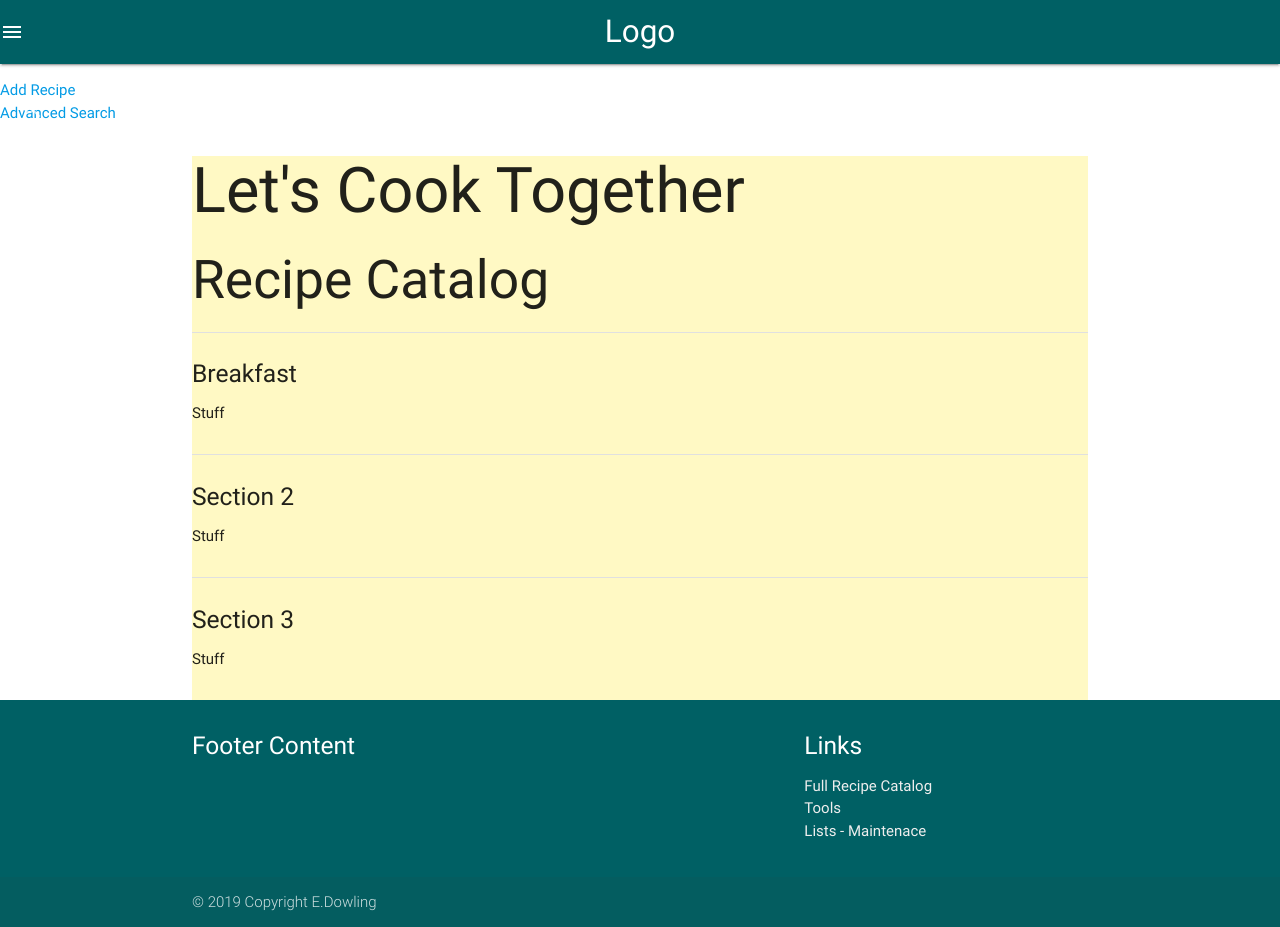
Repository: eldowling/lets-cook-together
Page: http://localhost/get_catalog?course=breakfast
The author's editor kept a record of every edit. The page is drawn from the files as they stood at one moment, then again after the next edit.
The browser window is 1280 px wide. The pictures show the whole page.
Some web libraries are served in a nearby version. The page is served by the project's application, run on Flask 3 (app.py). Queries for data that is not in the repository find no rows.

Above is the page before.
Console error: TypeError: $(...).sidenav is not a function

### templates/catalog.html
{% extends 'base.html'%} {% block content %}
<h1>Let's Cook Together</h1>
<h2>Recipe Catalog</h2>

<div class="divider"></div>
  <div class="section">
    <h5>Breakfast</h5>
    <p>Stuff</p>
  </div>
  <div class="divider"></div>
  <div class="section">
    <h5>Section 2</h5>
    <p>Stuff</p>
  </div>
  <div class="divider"></div>
  <div class="section">
    <h5>Section 3</h5>
    <p>Stuff</p>
  </div>
{% for recipe in recipes %}
    <div class="row">
        <div class="col s6">
            <h4>{{recipe.title}}</h4>
                {{recipe.description}}
        </div>
        <div class="col s3">
            <strong>Course: </strong> {{recipe.course}}
        </div>
        <div class="col s3">
            <strong>Rating: </strong> {{recipe.rating}}
        </div>
    </div>
{% endfor %}

{% endblock %}

### templates/base.html
<!DOCTYPE html>
<html>

<head>
    <link href="https://fonts.googleapis.com/icon?family=Material+Icons" rel="stylesheet">
    <link rel="stylesheet" href="https://cdnjs.cloudflare.com/ajax/libs/materialize/0.100.2/css/materialize.min.css">
    <link rel="stylesheet" href="{{ url_for('static', filename='css/style.css') }}" type="text/css" />
</head>

<body>
    <header>
        <!-- Dropdown Structure -->
        <ul id="dropdown1" class="dropdown-content">
            <li><a href="#!">one</a></li>
            <li><a href="#!">two</a></li>
            <li class="divider"></li>
            <li><a href="#!">three</a></li>
        </ul>

        <nav>
            <div class="nav-wrapper cyan darken-4">

                <form>
                    <a href="#" class="brand-logo center">Logo</a>
                    <a href="#" data-target="mobile-demo" class="sidenav-trigger"><i class="material-icons">menu</i></a>
                    <div class="input-field inline ">
                        <input id="search" type="search" required>
                        <label class="label-icon" for="search"><i class="material-icons">search</i></label>
                        <i class="material-icons">close</i>
                    </div>
                    <ul id="nav-mobile" class="right hide-on-med-and-down">
                        <li><a href="addedit-recipe.html">Add Recipe</a></li>
                        <li><a class="dropdown-trigger" href="#!" data-target="dropdown1">Advanced Search<i class="material-icons right">arrow_drop_down</i></a></li>
                    </ul>

                </form>

            </div>
        </nav>

        <ul class="sidenav" id="mobile-demo">
            <li><a href="addedit-recipe.html">Add Recipe</a></li>
            <li><a href="badges.html">Advanced Search</a></li>
        </ul>


    </header>

    <div class="container yellow lighten-4">
        {% block content %} {% endblock %}
    </div>

    <footer class="page-footer cyan darken-4">
        <div class="container">
            <div class="row">
                <div class="col l6 s12">
                    <h5 class="white-text">Footer Content</h5>
                    <ul class="grey-text text-lighten-4">
                        <a href="facebook.html"><i></i></a>
                        <a href="facebook.html"><i></i></a>
                        <a href="facebook.html"><i></i></a>
                    </ul>
                </div>
                <div class="col l4 offset-l2 s12">
                    <h5 class="white-text">Links</h5>
                    <ul>
                        <li><a class="grey-text text-lighten-3" href="{{url_for('get_catalog')}}">Full Recipe Catalog</a></li>
                        <li><a class="grey-text text-lighten-3" href="tools.html">Tools</a></li>
                        <li><a class="grey-text text-lighten-3" href="maintenance.html">Lists - Maintenace</a></li>
                    </ul>
                </div>
            </div>
        </div>
        <div class="footer-copyright">
            <div class="container">
                © 2019 Copyright E.Dowling
            </div>
        </div>
    </footer>

    <script src="https://cdnjs.cloudflare.com/ajax/libs/jquery/3.2.1/jquery.min.js"></script>
    <script src="https://cdnjs.cloudflare.com/ajax/libs/materialize/0.100.2/js/materialize.min.js"></script>
    <script type="text/javascript">
        $(document).ready(function() {
            $('.collapsible').collapsible();
            $('select').material_select();
            $(".button-collapse").sideNav();
            $(".dropdown-trigger").dropdown();
            $('.sidenav').sidenav();
        });

    </script>
</body>
</html>

### app.py
import os
from flask import Flask, render_template, redirect, request, url_for
from flask_pymongo import PyMongo
from bson.objectid import ObjectId

app = Flask(__name__)
app.config["MONGO_DBNAME"] = 'recipie_catalog'
app.config["MONGO_URI"] = 'mongodb+srv://root:r00tUser@myfirstcluster-pwjgy.mongodb.net/recipie_catalog?retryWrites=true&w=majority'
#app.config["MONGO_URI"] = os.getenv('MONGO_URI', 'mongodb://localhost')

mongo = PyMongo(app)


@app.route('/')
@app.route('/get_catalog')
def get_catalog():
    return render_template("catalog.html", recipes=mongo.db.recipes.find())


if __name__ == '__main__':
    app.run(host=os.environ.get('IP'),
            port=int(os.environ.get('PORT')),
            debug=True)

### static/css/style.css
.main-img {
  display: inline-block;
  vertical-align: middle;
  max-height: 100%;
  max-width: 100%;
}

After the next edit:
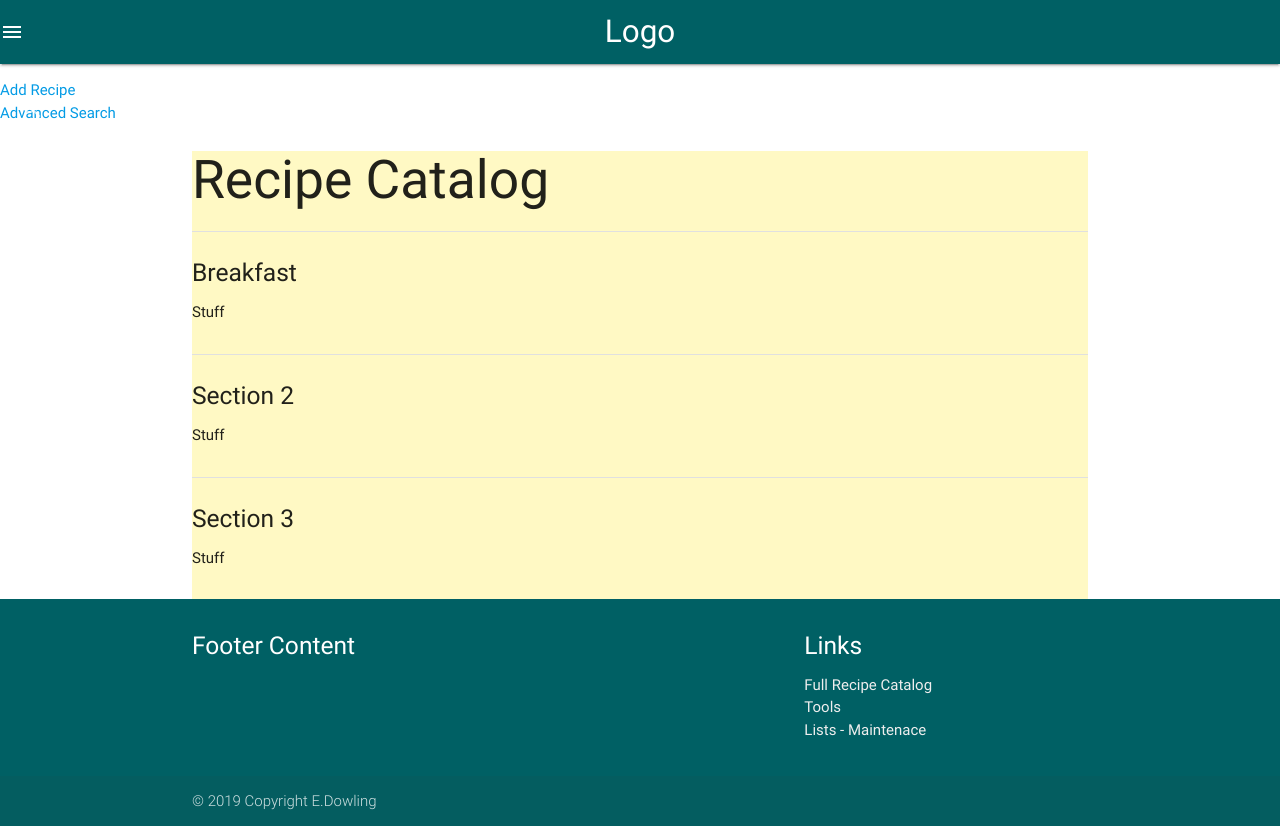
The edit:
--- a/templates/catalog.html
+++ b/templates/catalog.html
@@ -1,5 +1,4 @@
 {% extends 'base.html'%} {% block content %}
-<h1>Let's Cook Together</h1>
 <h2>Recipe Catalog</h2>
 
 <div class="divider"></div>
